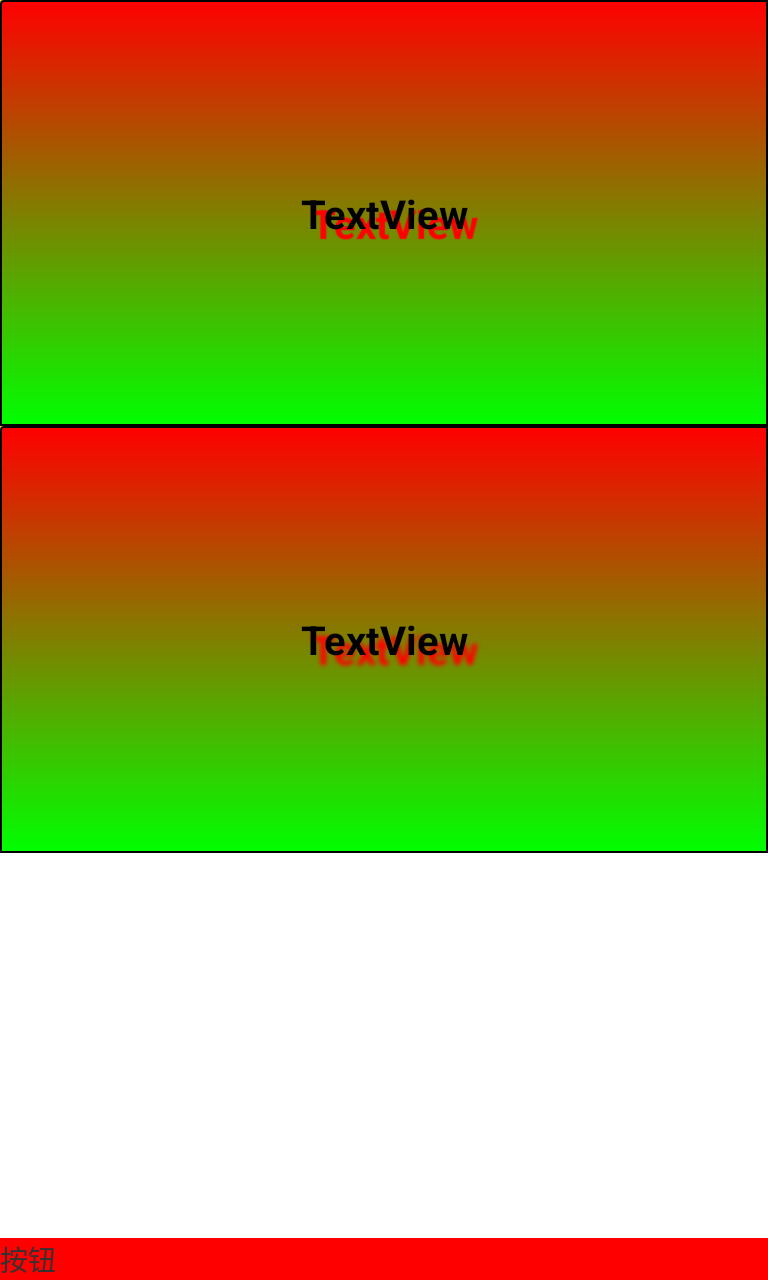
Repository: yhtaphp/yhtqgit
Layout: android/TextView/res/layout/activity_main.xml
The author's editor kept a copy of each file at every save. The layout is drawn from the files as they stood at one save, then again after the next save.
It is drawn on a 768 x 1280 px phone screen (xhdpi) without system bars, with theme AppTheme; the app's code is not run.

Above is the layout before, as saved 2016-09-11 13:57:03.

After the next save:
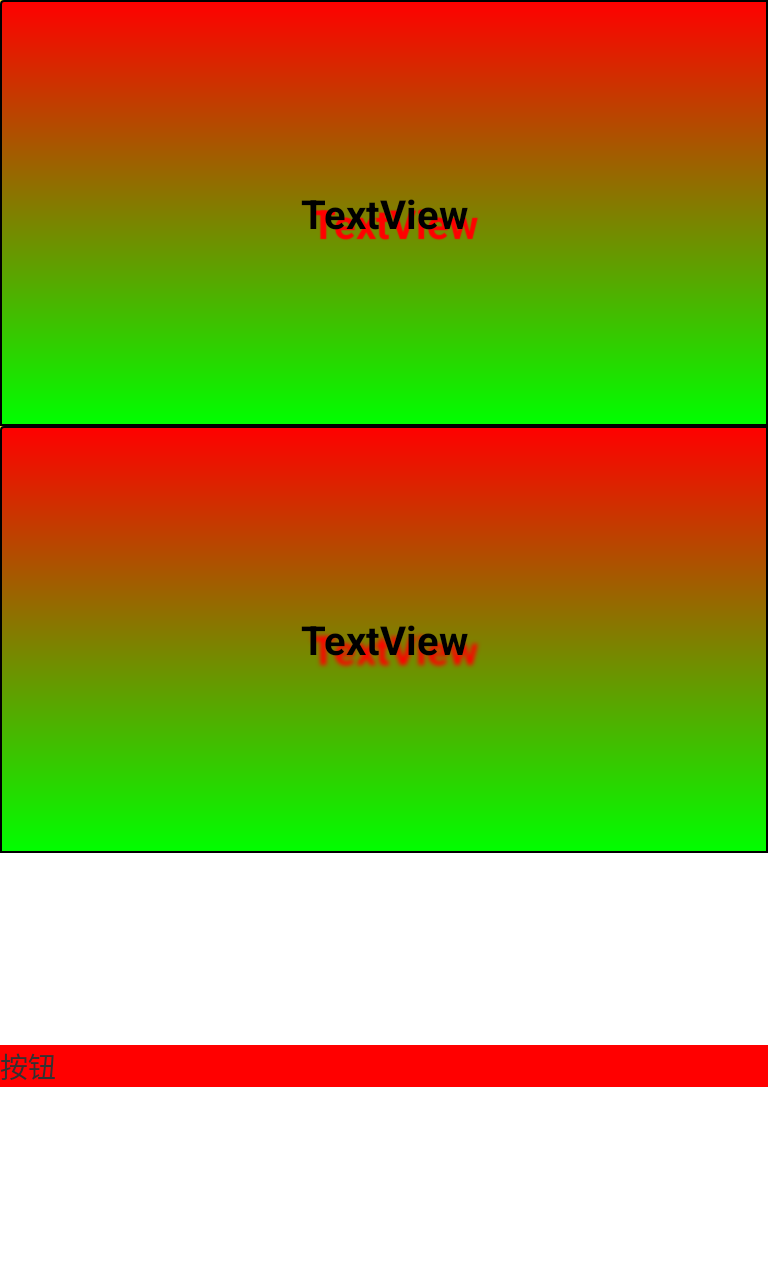
Saved 52 s later.
--- a/android/TextView/res/layout/activity_main.xml
+++ b/android/TextView/res/layout/activity_main.xml
@@ -38,7 +38,7 @@
         android:text="TextView" />
 
    <LinearLayout
-       android:gravity="bottom"
+       android:gravity="center"
        android:layout_width="match_parent"
        android:layout_height="0dp"
        android:layout_weight="1"
